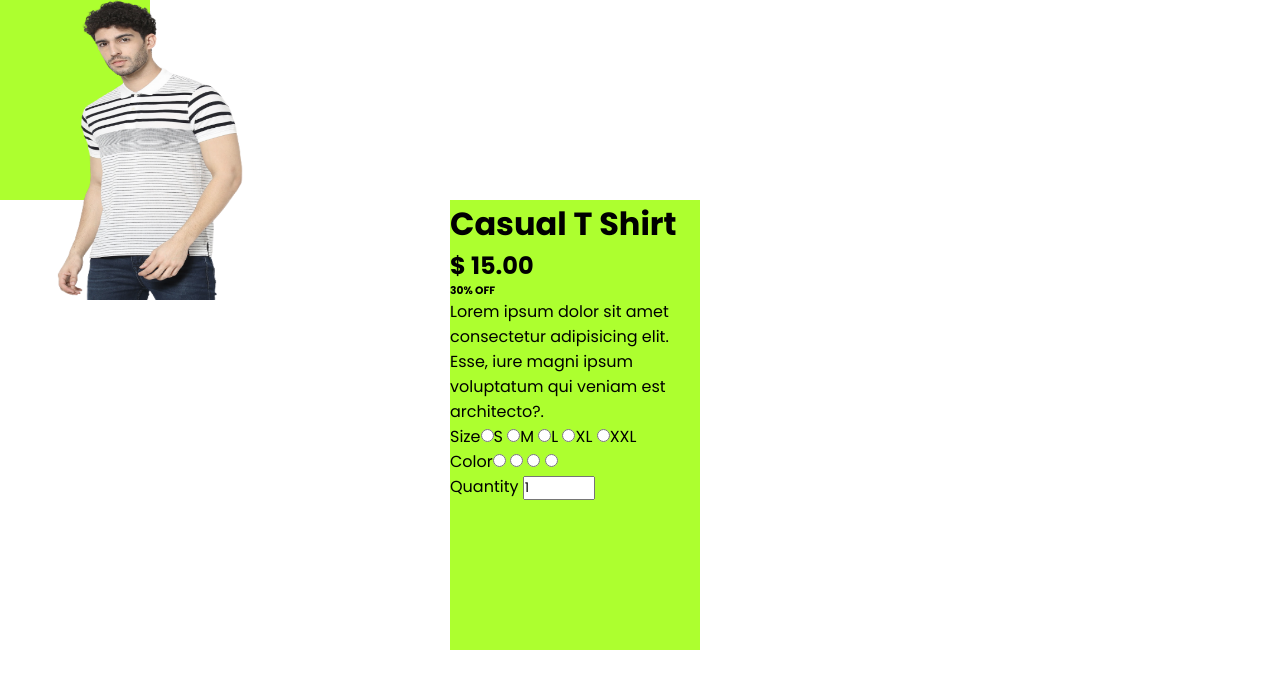
Repository: Ankitkr2021/Product-Page
Page: index.html
The author's editor kept a copy of each file at every save. The page is drawn from the files as they stood at one save, then again after the next save.
The browser window is 1280 px wide. The pictures show the whole page.

Above is the page before, as saved 2025-10-24 10:16:11.

### index.html
<!DOCTYPE html>
<html lang="en">
<head>
    <meta charset="UTF-8">
    <meta name="viewport" content="width=device-width, initial-scale=1.0">
    <title>Product Page Design</title>
    <link rel="stylesheet" href="./style.css">
</head>
<body>
    <div class="main">
    <div class="left">
    <div class="image1"><img src="./images/image1.png" alt=""></div>
    <div class="image2"></div>
    <div class="image3"></div>
    </div>
    <div class="right">
        <h1>Casual T Shirt</h1>
        <h2>$ 15.00</h2>
        <h6>30% OFF</h6>
        <p>Lorem ipsum dolor sit amet consectetur adipisicing elit. Esse, iure magni ipsum voluptatum qui veniam est architecto?.</p>
       <label>Size<input type="radio" name="size" value="s">S</label>
        <label><input type="radio" name="size" value="m">M</label>
        <label><input type="radio" name="size" value="l">L</label>
        <label><input type="radio" name="size" value="xl">XL</label>
        <label><input type="radio" name="size" value="xxl">XXL</label>

        <div class="color">
        <label>Color<input type="radio" name="color" value="red"></label>
        <label><input type="radio" name="color" value="green"></label>
        <label><input type="radio" name="color" value="blue"></label>
        <label><input type="radio" name="color" value="pink"></label>
        </div>

        <div class="quantity">
            <label>Quantity</label>
             <input type="number" id="qty" name="qty" min="1" max="10" value="1">
        </div>
    </div>
    </div>
</body>
</html>

### style.css
@import url("https://fonts.googleapis.com/css2?family=Poppins:wght@400;700&display=swap");

*{
    margin: 0;
    padding: 0;
    box-sizing: border-box;
    font-family: "Poppins",sans-serif;
}

.left {
    height: 200px;
    width: 150px;
    background: greenyellow;
}

.left img {
    height: 300px;
    width: 300px;

}

.right{
    height: 450px;
    width: 250px;
    margin-left: 450px;
    background: greenyellow;

}

After the next save:
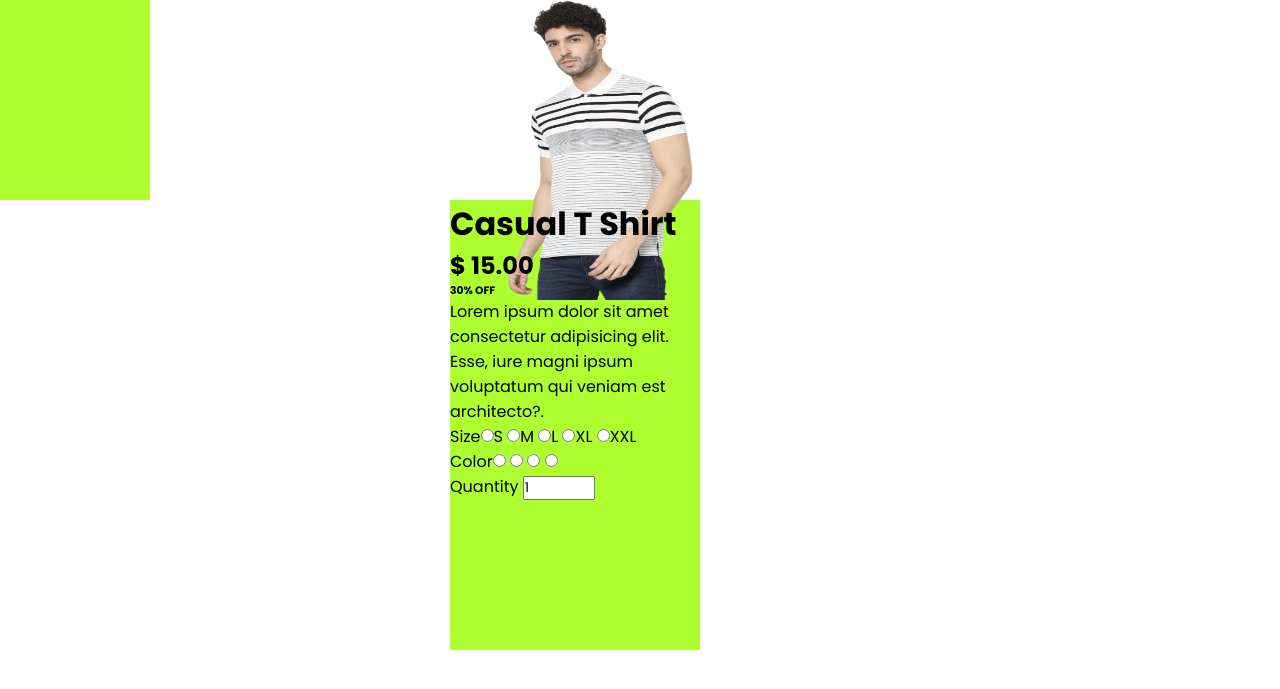
Saved 8 s later.
--- a/style.css
+++ b/style.css
@@ -16,6 +16,7 @@
 .left img {
     height: 300px;
     width: 300px;
+    margin-left: 450px;
 
 }
 
